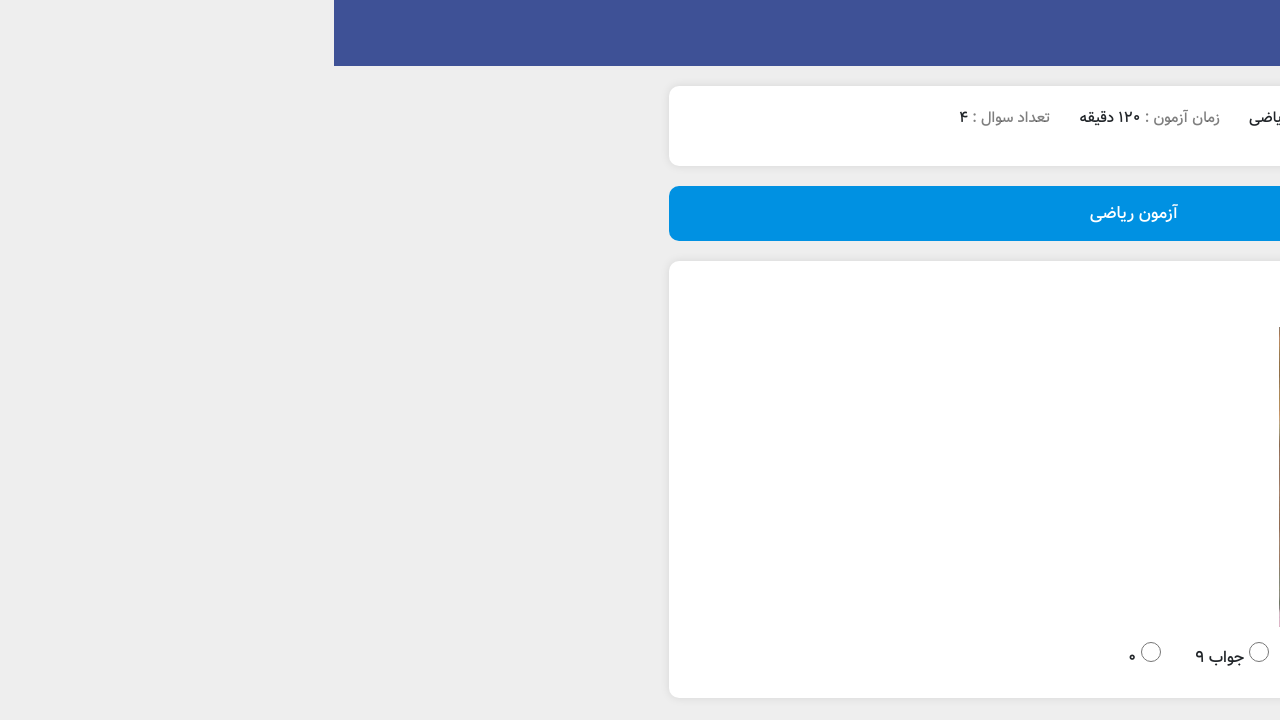
Repository: kosar78/quiz-online
Page: quiz.html
The author's editor kept a copy of each file at every save. The page is drawn from the files as they stood at one save, then again after the next save.
The browser window is 1280 px wide. The pictures show the whole page.
Some web libraries are served in a nearby version.

Above is the page before, as saved 2022-01-09 21:48:59.

### quiz.html
<!DOCTYPE html>
<html lang="en">
<head>
    <meta charset="UTF-8">
    <meta name="viewport" content="width=device-width, initial-scale=1.0">
    <link rel="stylesheet" href="css/quiz.css">
    <link rel="stylesheet" href="bootstrap_files/css/bootstrap.min.css">
    <script type="text/javascript" src="JQuery_file/jQuery.js"></script>
    <script type="text/javascript" src="bootstrap_files/js/bootstrap.min.js"></script>
    <!-- <script type="text/javascript" src="js/signin.js"></script> -->
    <title>امتحان</title>
</head>
<body>
    <div class="container-fluid signin-container">
        <div class="row main-row">
            <div class="headerr">کوییز آنلاین</div>

            <div class="col-xl-9">
                <div class="quiz-details">
                    <ul>
                        <li>
                            <ul>
                                <li class="q-info-title">نام کاربر :</li>
                                <li>کوثر حسینی</li>
                            </ul>
                        </li>
                        <li>
                            <ul>
                                <li class="q-info-title">عنوان آزمون :</li>
                                <li>آزمون ریاضی</li>
                            </ul>
                        </li>
                        <li>
                            <ul>
                                <li class="q-info-title">زمان آزمون :</li>
                                <li>120 دقیقه</li>
                            </ul>
                        </li>
                        <li>
                            <ul>
                                <li class="q-info-title">تعداد سوال :</li>
                                <li>4</li>
                            </ul>
                        </li>
                    </ul>
                </div>
                <div class="exam-title-div">
                    <p class="exam-title">
                        آزمون ریاضی
                    </p>
                </div>


                <div class="question-box">
                    <ul>
                        <li class="question-number">1</li>
                        <li class="question-face">حاصل ضرب 4 در 5 کدام است؟</li>
                    </ul>
                    <img src="images/Cute-Kids-Baby-Girl-Toddler-SDL005498623-2-ce2cf.JPEG" alt="" class="q-pic">

                    <div class="q-options">
                        <input type="radio" id="contactChoice1" name="answer" value="1" >
                        <label for="contactChoice1">جواب میشه 20</label>

                        <input type="radio" id="contactChoice2" name="answer" >
                        <label for="contactChoice2">جواب میشود 9</label>

                        <input type="radio" id="contactChoice3" name="answer" >
                        <label for="contactChoice3">جواب 9</label>

                        <input type="radio" id="contactChoice4" name="answer" >
                        <label for="contactChoice4">0</label>
                    </div>
                </div>
            </div>
            <div class="col-xl-3">

            </div>
        </div>
    </div>

    <script src="https://cdnjs.cloudflare.com/ajax/libs/axios/0.18.0/axios.min.js"></script>
    <!-- <script src="./connectToDB/signUp.js"></script> -->

</body>
</html>

### css/quiz.css
@font-face {
    font-family: FirstFont;
    src:url(../font/Vazir-Medium.woff2) format('woff2');
    src:url(../font/Vazir-Medium-FD-WOL.woff2) format('woff2');
  }
* {
    margin: 0;
    padding: 0;
    user-select: none;
    -moz-user-select: none;
    -khtml-user-select: none;
    -webkit-user-select: none;
    -o-user-select: none;
    text-align: right;
    text-decoration:none;
}
html body {
    direction: rtl;
    font-family:FirstFont;
    text-align: center;
    /* background: linear-gradient(260.06deg, #363671 12.33%, #3E5196 57.46%); */
    /* height: 100vh; */
    background-color: #eee;
}

ul li{
    display: inline-block;
    list-style: none;
}
.headerr{
    background-color: #3E5196;
    color: white;
    font-weight: 600;
    width: 100%;
    padding: 20px;
    font-size: 17px;
}
.quiz-details,
.question-box{
    background-color: #fff;
    box-shadow: 0px 0px 10px rgba(0, 0, 0, 0.1);
    border-radius: 10px;
    width: 100%;
    height: max-content;
    padding: 20px !important;
    position: relative;
    margin: 20px 0;
}
.quiz-details ul li ul{
    margin-left: 25px;
    font-size: 15px;
}
.q-info-title{
    color: rgb(0, 0, 0,.5);
}
.exam-title-div{
    background-color:#0091E2;
    border-radius: 10px;
    width: 100%;
    height: max-content;
    padding: 15px !important;
    position: relative;
    margin: 20px 0;
}
.exam-title-div p{
    color: #fff;
    font-size: 17px;
    text-align: center;
    padding-top: 0px;
    margin-bottom: 0px;

}
.question-box .q-pic{
    max-width: 300px;
}
.question-box .q-options label{
    margin-left: 30px;
}
.question-number{
    background-color: #EE537C;
    padding: 3px 8px;
    margin-left: 15px;
    color: #fff;
}
.q-options{
    margin-top: 15px;
}
.q-options input{
    width: 20px;
    height: 20px;

}
::placeholder {
    color: rgb(0, 0, 0,.5);
    opacity: 0.95;
  }

:-ms-input-placeholder {
    color: rgb(0, 0, 0,.5);
}

::-ms-input-placeholder {
    color: rgb(0, 0, 0,.5);
}

@media(max-width:335px){
    #password,
    #username,
    #confirm-password,
    #code{
        width: 84%;
    }

}

Loaded but not shown: bootstrap_files/css/bootstrap.min.css (library); JQuery_file/jQuery.js (library); bootstrap_files/js/bootstrap.min.js (library)

After the next save:
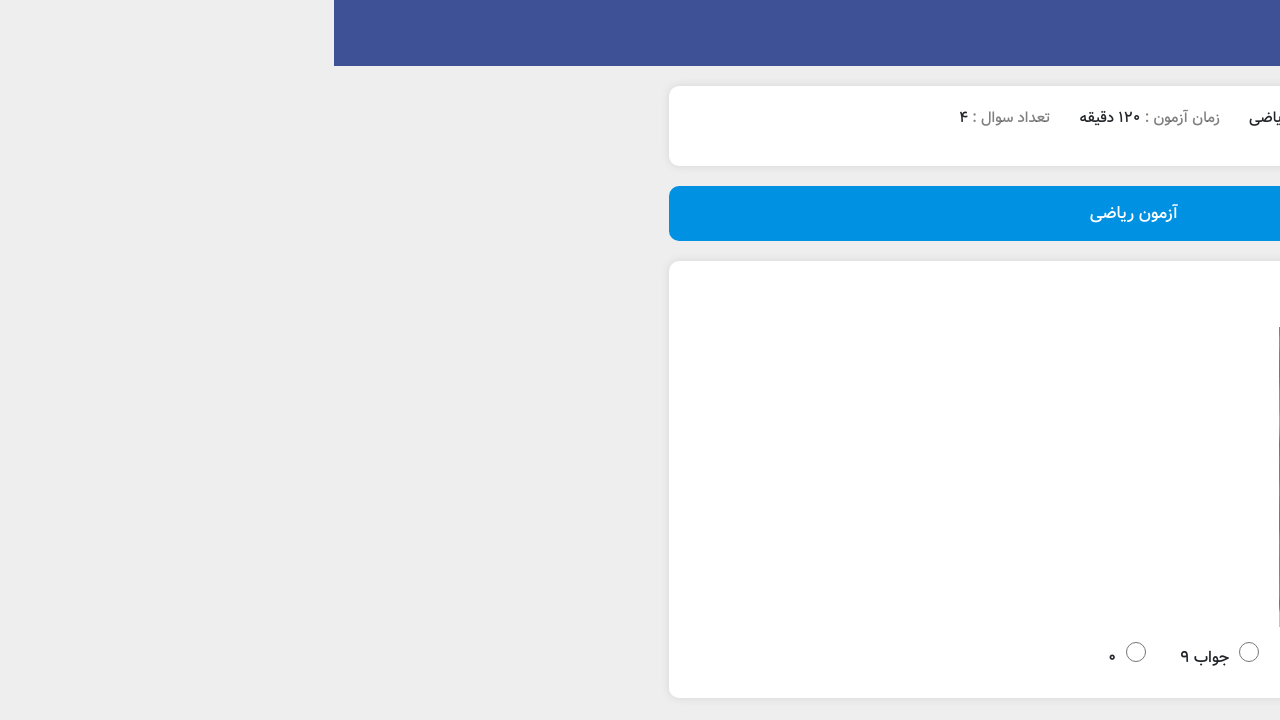
Saved 67 s later.
--- a/css/quiz.css
+++ b/css/quiz.css
@@ -75,6 +75,7 @@ ul li{
 }
 .question-box .q-options label{
     margin-left: 30px;
+    margin-right: 5px;
 }
 .question-number{
     background-color: #EE537C;
